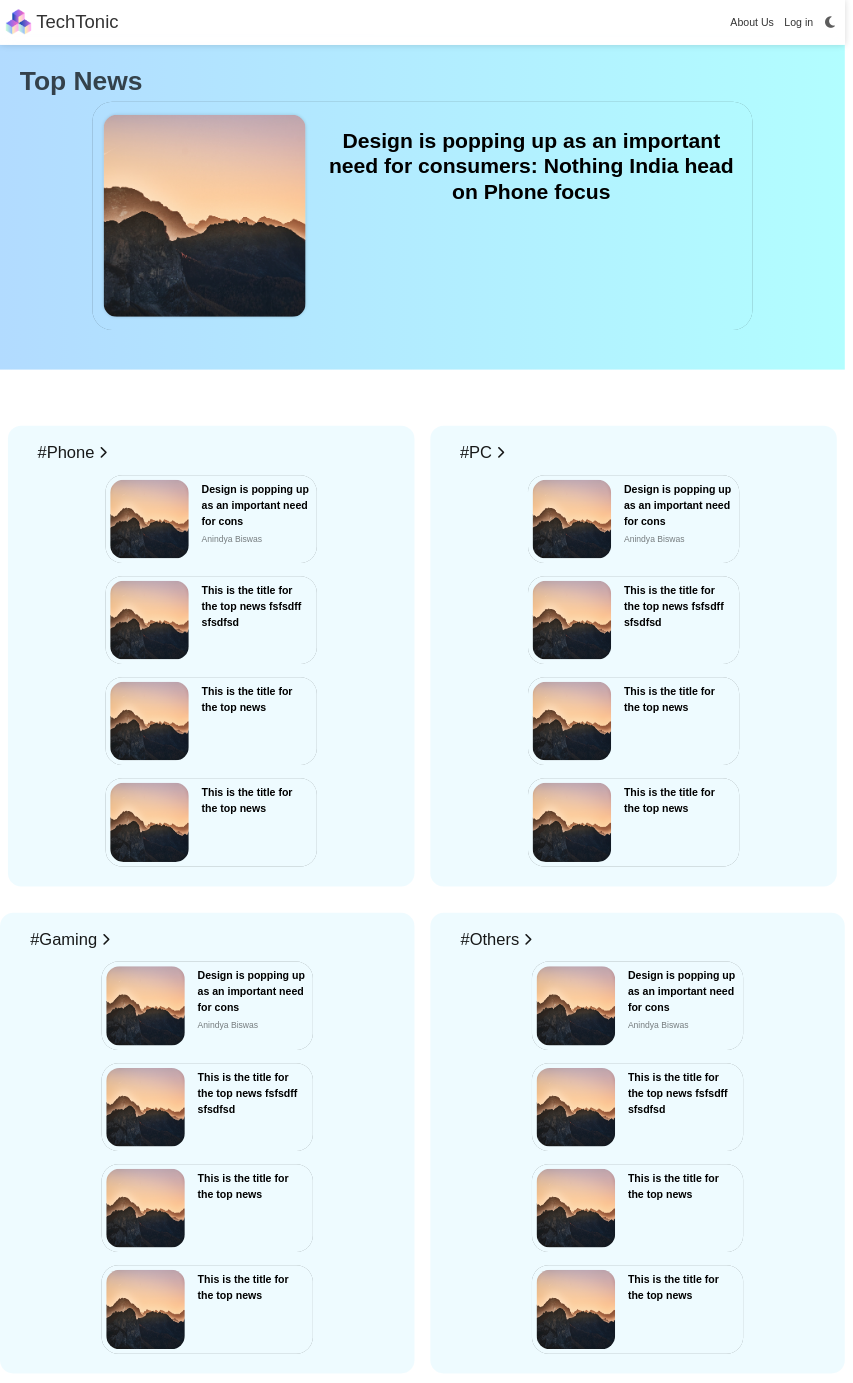
Repository: Anindyait/Tech-Tonic
Page: http://localhost/TechTonic/index.jsp
An editor plug-in stored every save of this project. The page is shown before and after the next save, followed by the edit.
The browser window is 1280 px wide. The page is 1292 px wide, so the pictures cover 1292 px, including what lies to the right of the window. The pictures show the whole page, at 66% of full size.
Some web fonts or font styles are not loaded; a fallback is used. Some web libraries are served in a nearby version. The page is served by Tomcat 9. The template is opened directly, without the code that normally fills it, so the values that code supplies are empty.

Above is the page before, as saved 2023-06-11 14:32:53.

After the next save:
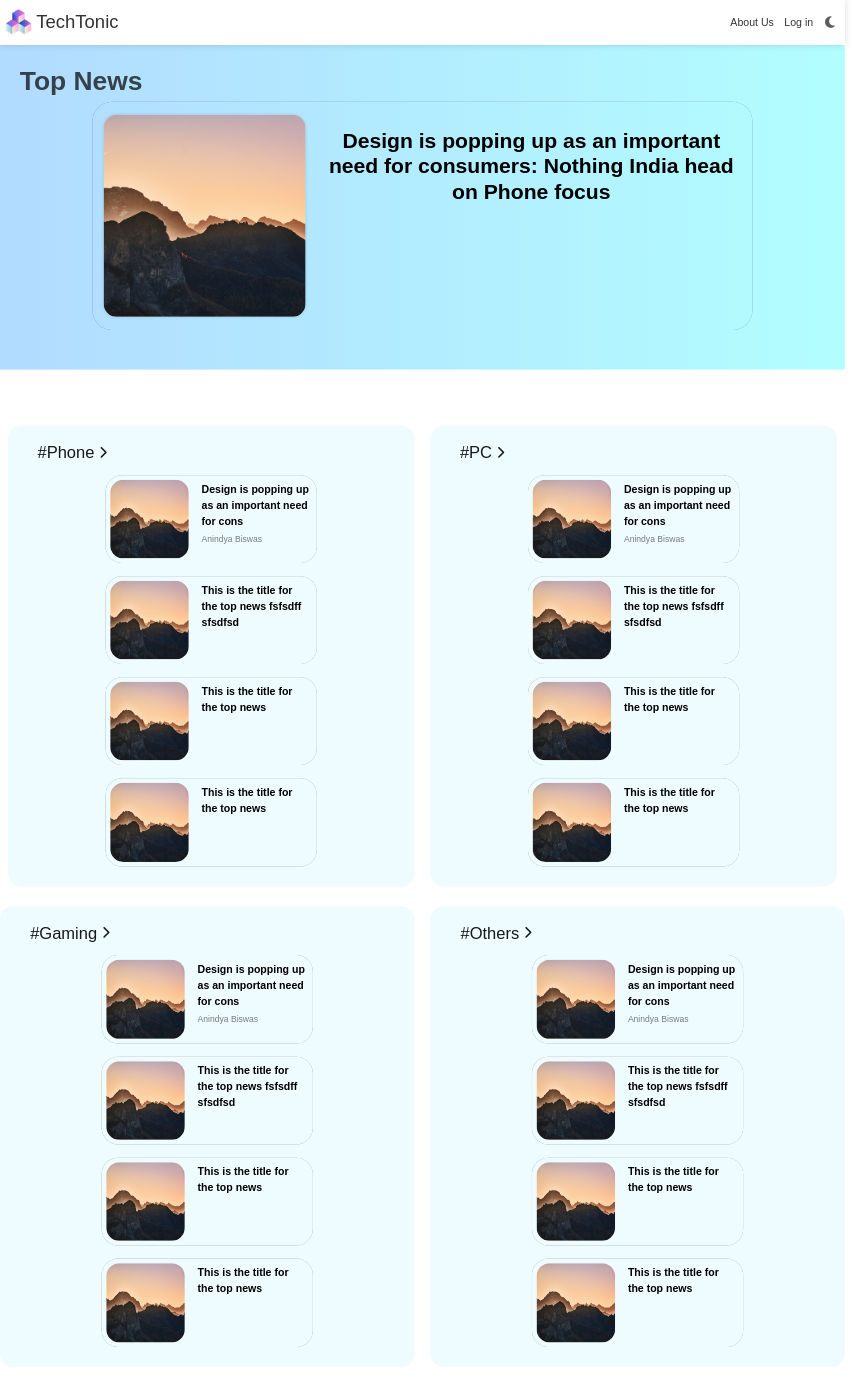
Saved 11 s later.
--- a/TechTonic/src/main/webapp/index.jsp
+++ b/TechTonic/src/main/webapp/index.jsp
@@ -59,7 +59,7 @@
        				 </div>
     			</div>
 
-    <div class="row" style="margin:10px auto;">
+    <div class="row" style="margin:0 auto;">
         <div class="col-md" >
             <div class="news-container">
                 <a href="#" class="no-decoration">
